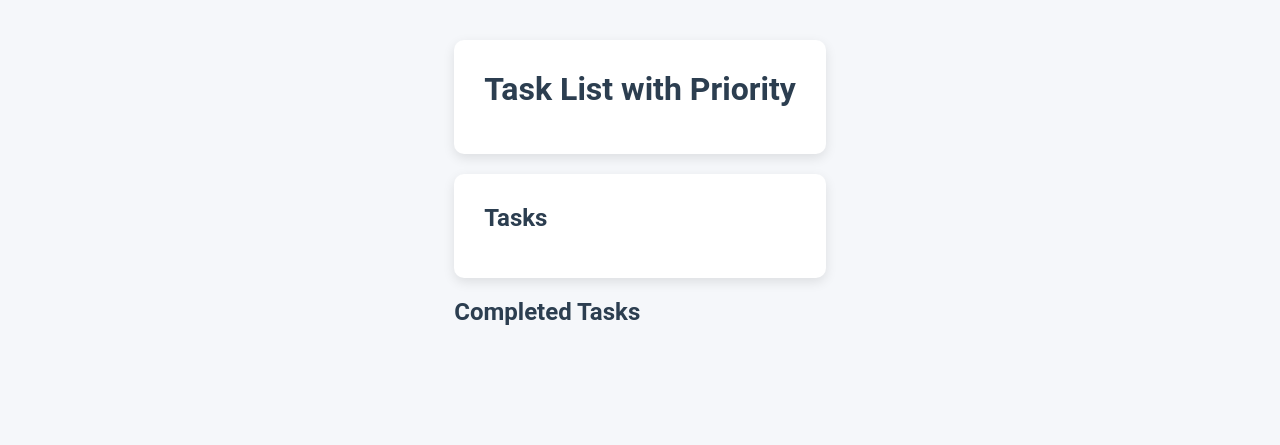
Repository: Lithium87/TaskList
Page: /
The author's editor kept a copy of each file at every save. The page is drawn from the files as they stood at one save, then again after the next save.
The browser window is 1280 px wide. The pictures show the whole page.
The project was rebuilt for these pictures with package versions that can differ from the ones it lists, and the page was loaded fresh each time. Also part of the build but not shown: vite.config.js.

Above is the page before, as saved 2025-07-08 16:05:17.

After the next save:
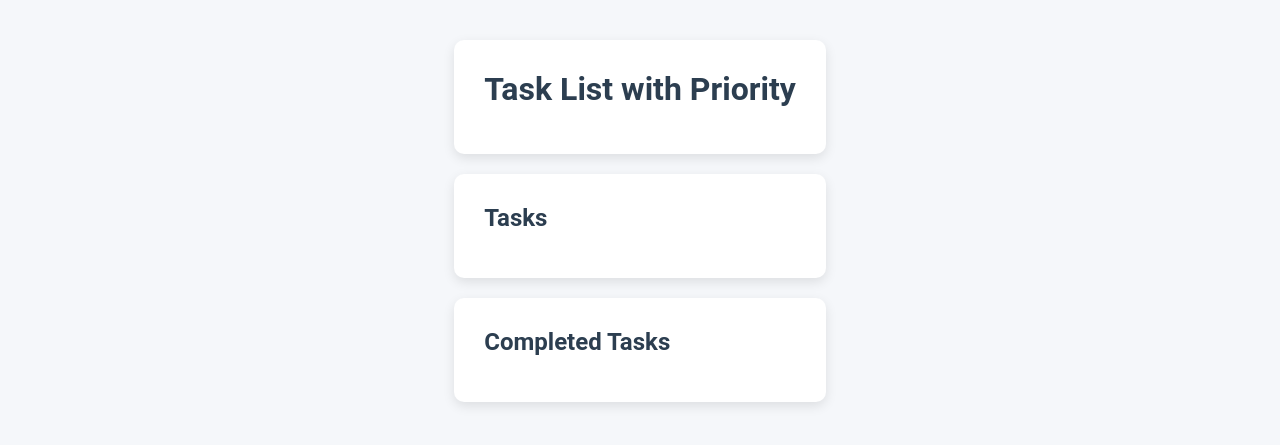
Saved 38 s later.
--- a/src/App.jsx
+++ b/src/App.jsx
@@ -7,7 +7,7 @@ function App () {
       <div className="task-container">
         <h2>Tasks</h2>
       </div>
-      <div className="completed_task-container">
+      <div className="completed-task-container">
         <h2>Completed Tasks</h2>
       </div>
     </div>
